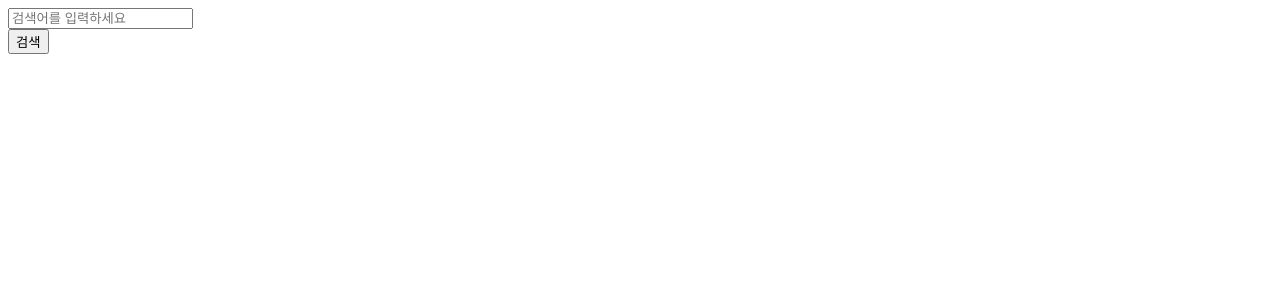
Repository: ceooyh/JSP
Page: http://localhost/step1/input.jsp
The author's editor kept a copy of each file at every save. The page is drawn from the files as they stood at one save, then again after the next save.
The browser window is 1280 px wide. The pictures show the whole page.
The page is served by Tomcat 9.

Above is the page before, as saved 2020-12-28 07:47:46.

### step1/WebContent/input.jsp
<%@ page language="java" contentType="text/html; charset=UTF-8"
    pageEncoding="UTF-8"%>
<!DOCTYPE html>
<html>
<head>
<meta charset="UTF-8">
<title>Insert title here</title>
</head>
<body>
	<!-- text box, submit button -->
	<!-- action : 전송을 할 서버 페이지를 지정하는 속성 -->
	<form action="jsp_search.jsp" method="get">
		<input type="text" name="search" placeholder="검색어를 입력하세요"><br>
		<button type="submit">검색</button>
	</form>
</body>
</html>

After the next save:
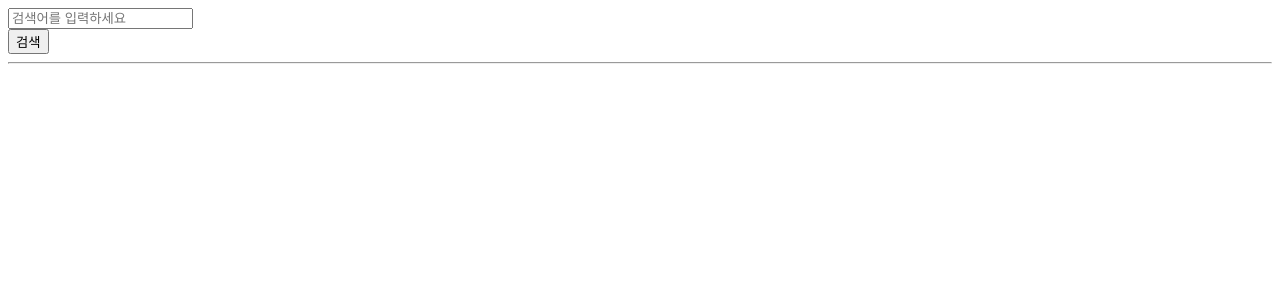
Saved 16 min 30 s later.
--- a/step1/WebContent/input.jsp
+++ b/step1/WebContent/input.jsp
@@ -13,5 +13,9 @@
 		<input type="text" name="search" placeholder="검색어를 입력하세요"><br>
 		<button type="submit">검색</button>
 	</form>
+	<hr>
+
+	<form action="gugu.jsp"></form>
+
 </body>
 </html>
